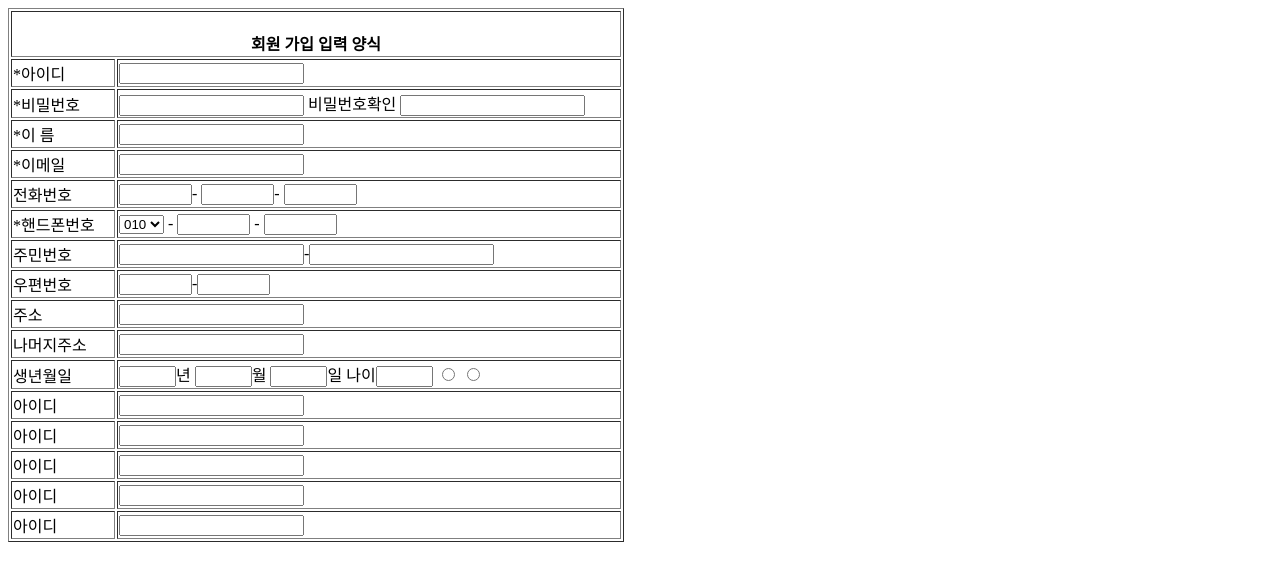
Repository: vkfkstptkd1/WebProgramming
Page: ch3_FormTag/WebContent/In_Form.html
An editor plug-in stored every save of this project. The page is shown before and after the next save, followed by the edit.
The browser window is 1280 px wide. The pictures show the whole page.

Above is the page before, as saved 2021-03-20 04:32:22.

After the next save:
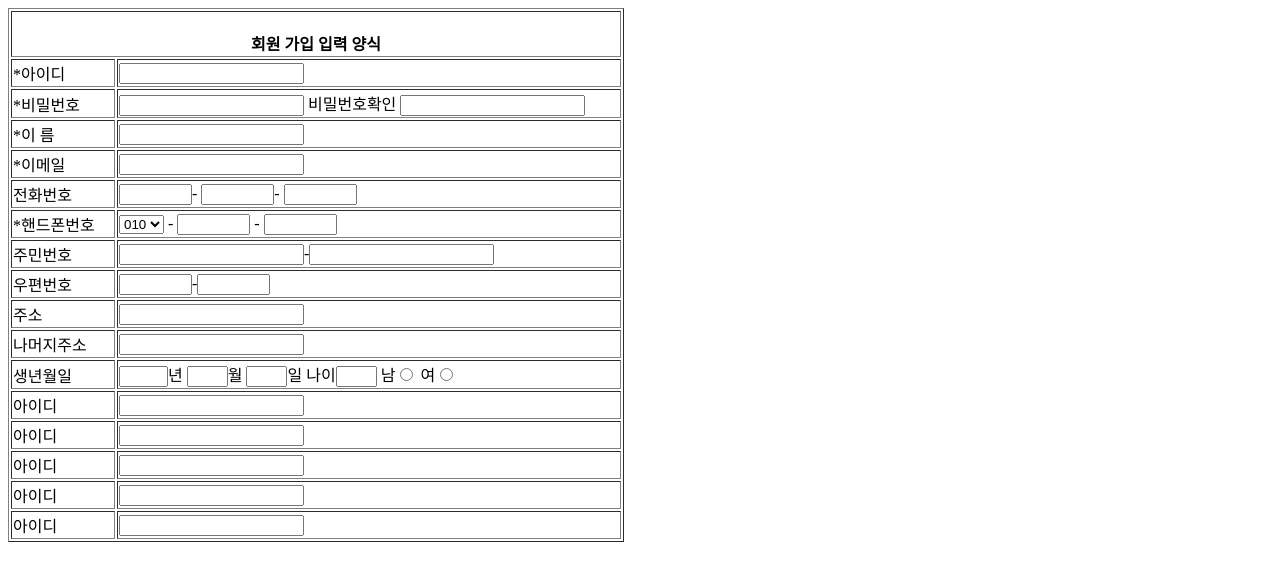
Saved 2 h 28 min later.
--- a/ch3_FormTag/WebContent/In_Form.html
+++ b/ch3_FormTag/WebContent/In_Form.html
@@ -53,12 +53,12 @@
 		<td> <input type="text" name="remainderad"></td>
 	</tr>
 	<tr><td> 생년월일</td>
-		<td> <input type="text" name="year" size=4>년
-			 <input type="text" name="month" size=4>월
-			 <input type="text" name="day" size=4>일
-			 나이<input type="text" name="age" size=4>
-			 <input type="radio" name="gender" value="남">
-			 <input type="radio" name="gender" value="여">
+		<td> <input type="text" name="year" size=3>년
+			 <input type="text" name="month" size=2>월
+			 <input type="text" name="day" size=2>일
+			 나이<input type="text" name="age" size=2>
+			 남<input type="radio" name="gender" value="남">
+			 여<input type="radio" name="gender" value="여">
 		</td>
 	</tr>
 	<tr><td> 아이디</td>
